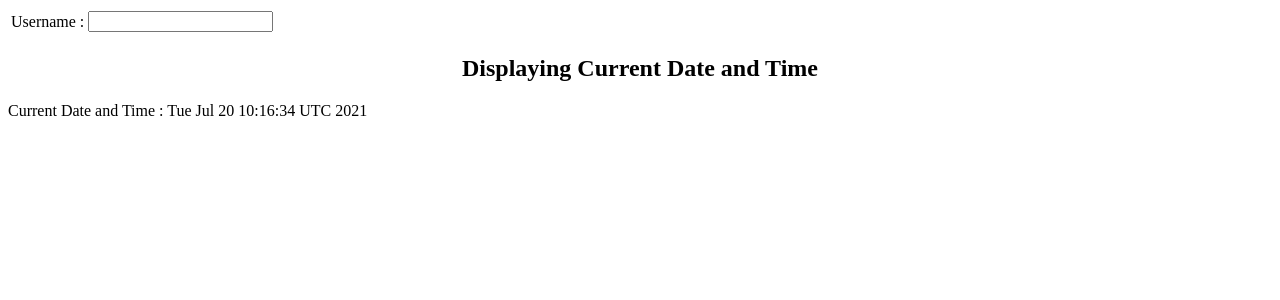
Repository: SHANMUGAPRIYAP98/SpringBootApp
Page: http://localhost/DateTime/
The author's editor kept a copy of each file at every save. The page is drawn from the files as they stood at one save, then again after the next save.
The browser window is 1280 px wide. The pictures show the whole page.
The page is served by Tomcat 9.

Above is the page before, as saved 2021-07-22 08:09:33.

After the next save:
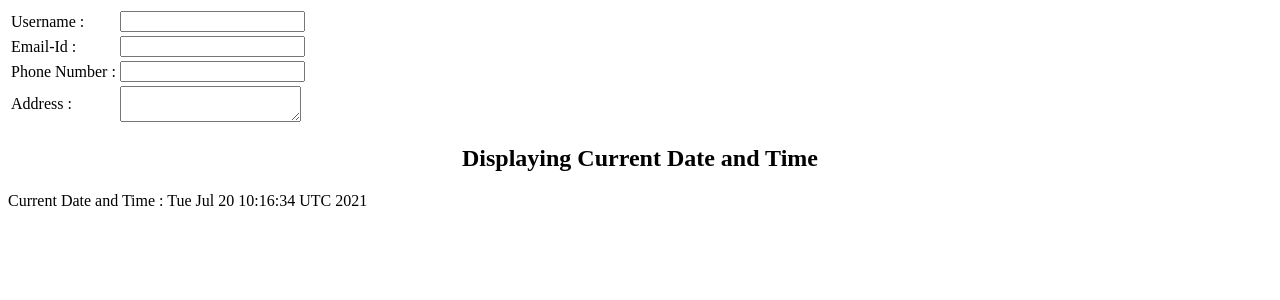
Saved 2 min 9 s later.
--- a/DateTime/src/main/webapp/index.jsp
+++ b/DateTime/src/main/webapp/index.jsp
@@ -6,6 +6,9 @@
 <form>
 <table>
 <tr><td>Username : </td><td><input type="text" id="uname" /></td></tr>
+<tr><td>Email-Id : </td><td><input type="email" id="mail" /></td></tr>
+<tr><td>Phone Number : </td><td><input type="text" id="phone" maxlength="10" /></td></tr>
+<tr><td>Address : </td><td><textarea  id="addr"></textarea>
 </table>
 </form>
 <h2><center>Displaying Current Date and Time</center></h2>
